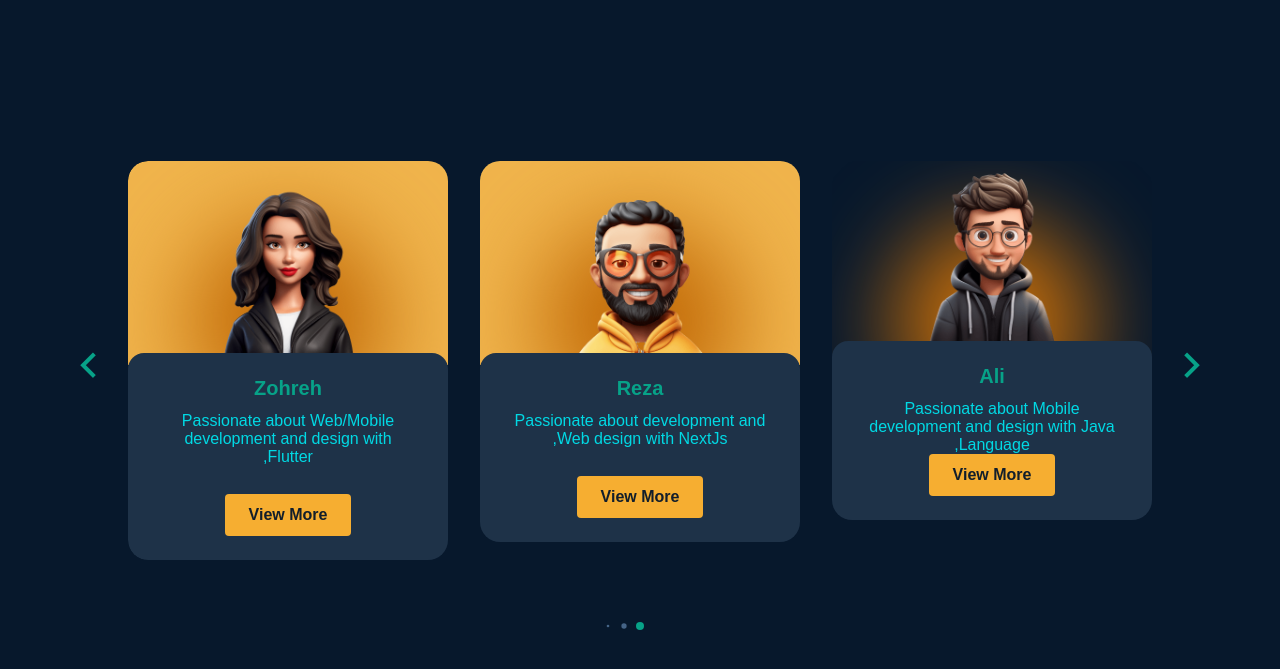
Repository: soroush-g/Card-Slider
Page: index.html
These files come from the project's save history. The page is drawn as it stood at one moment and after the next save; the edit follows.
The browser window is 1280 px wide. The pictures show the whole page.
Some web fonts or font styles are not loaded; a fallback is used.

Above is the page before, as saved 2024-07-22 11:27:26.

### index.html
<!DOCTYPE html>
<html dir="rtl" lang="fa">
<head>
    <meta charset="UTF-8">
    <meta name="viewport" content="width=device-width, initial-scale=1.0">

        <!--=============== REMIXICONS ===============-->
        <link rel="stylesheet" href="https://cdnjs.cloudflare.com/ajax/libs/remixicon/3.5.0/remixicon.css" crossorigin="">

        <!--=============== SWIPER CSS ===============-->
        <link rel="stylesheet" href="assets/css/swiper-bundle.min.css">

        <!--=============== CSS ===============-->
        <link rel="stylesheet" href="assets/css/styles.css">
    <title>Card Slider</title>
</head>
<body>
    <section class="container">
        <div class="card__container swiper">
            <div class="card__content">
                <div class="swiper-wrapper">

                    <article class="card__article swiper-slide">
                        <div class="card_image">
                          <img src="assets/img/avatar-1.png" alt="image" class="card__img">
                          <div class="card__shadow"></div>
                        </div>

                        <div class="card__data">
                            <h3 class="card__name">Ali</h3>
                            <p class="card_description">
                                Passionate about Mobile development and design with Java Language,
                            </p>

                            <a href="#" class="card__button">View More</a>
                        </div>
                    </article>

                    <article class="card__article swiper-slide">
                        <div class="card__image">
                            <img src="assets/img/avatar-2.png" alt="image" class="card__img">
                            <div class="card__shadow"></div>
                        </div>
                        <div class="card__data">
                            <h3 class="card__name">Reza</h3>
                            <p class="card__description">
                               Passionate about development and Web design with NextJs,
                            </p>

                            <a href="#" class="card__button">View More</a>
                         </div>
                    </article>

                    <article class="card__article swiper-slide">
                        <div class="card__image">
                            <img src="assets/img/avatar-3.png" alt="image" class="card__img">
                            <div class="card__shadow"></div>
                        </div>
                        <div class="card__data">
                            <h3 class="card__name">Zohreh</h3>
                            <p class="card__description">
                               Passionate about  Web/Mobile development and design with Flutter,
                            </p>

                            <a href="#" class="card__button">View More</a>
                         </div>
                    </article>

                    <article class="card__article swiper-slide">
                        <div class="card__image">
                            <img src="assets/img/avatar-4.png" alt="image" class="card__img">
                            <div class="card__shadow"></div>
                        </div>
                        <div class="card__data">
                            <h3 class="card__name">Nastaran</h3>
                            <p class="card__description">
                               Passionate about Python Developer,
                            </p>

                            <a href="#" class="card__button">View More</a>
                         </div>
                    </article>

                    <article class="card__article swiper-slide">
                        <div class="card__image">
                            <img src="assets/img/avatar-5.png" alt="image" class="card__img">
                            <div class="card__shadow"></div>
                        </div>
                        <div class="card__data">
                            <h3 class="card__name">Mina</h3>
                            <p class="card__description">
                               Passionate about Scrum Master,
                            </p>

                            <a href="#" class="card__button">View More</a>
                         </div>
                    </article>
                </div>
            </div>

            <!-- Navigation buttons -->
             <div class="swiper-button-next">
                <i class="ri-arrow-right-s-line"></i>
             </div>

             <div class="swiper-button-prev">
                <i class="ri-arrow-left-s-line"></i>
             </div>

            <!-- Pagination -->
            <div class="swiper-pagination"></div>
        </div>
    </section>


      <!--=============== SWIPER JS ===============-->
      <script src="assets/js/swiper-bundle.min.js"></script>

      <!--=============== MAIN JS ===============-->
      <script src="assets/js/main.js"></script>
</body>
</html>

### assets/css/styles.css
/*=============== GOOGLE FONTS ===============*/
@import url("https://fonts.googleapis.com/css2?family=Bai+Jamjuree:wght@400;500;600&display=swap");

/*=============== VARIABLES CSS ===============*/
:root {
  /*========== Colors ==========*/
  /*Color mode HSL(hue, saturation, lightness)*/
  --first-color: hsl(38, 92%, 58%);
  --first-color-light: hsl(38, 85%, 62%);
  --first-color-alt: hsl(32, 91%, 40%);
  --second-color: hsl(170, 92%, 33%);
  --dark-color: hsl(212, 40%, 12%);
  --white-color: hsl(183, 99%, 45%);
  --body-color: hsl(212, 73%, 10%);
  --container-color: hsl(212, 42%, 20%);

  /*========== Font and typography ==========*/
  /*.5rem = 8px | 1rem = 16px ...*/
  --body-font: "Bai Jamjuree", sans-serif;
  --h2-font-size: 1.25rem;
  --normal-font-size: 1rem;
}

/*=============== BASE ===============*/
* {
  box-sizing: border-box;
  padding: 0;
  margin: 0;
}

body {
  font-family: var(--body-font);
  font-size: var(--normal-font-size);
  background-color: var(--body-color);
  color: var(--white-color);
}

a {
  text-decoration: none;
}

img {
  display: block;
  max-width: 100%;
  height: auto;
}

/*=============== CARD ===============*/
.container {
  display: flex;
  justify-content: center;
  align-items: center;
  height: 100vh;
}

.card__container {
  padding-block: 5rem;
}

.card__content {
  margin-inline: 1.75rem;
  border-radius: 1.25rem;
  overflow: hidden;
}

.card__article {
  width: 300px; /* Remove after adding swiper js */
  border-radius: 1.25rem;
  overflow: hidden;
}

.card__image {
  position: relative;
  background-color: var(--first-color-light);
  padding-top: 1.5rem;
  margin-bottom: -.75rem;
}

.card__data {
  background-color: var(--container-color);
  padding: 1.5rem 2rem;
  border-radius: 1rem;
  text-align: center;
  position: relative;
  z-index: 10;
}

.card__img {
  width: 180px;
  margin: 0 auto;
  position: relative;
  z-index: 5;
}

.card__shadow {
  width: 200px;
  height: 200px;
  background-color: var(--first-color-alt);
  border-radius: 50%;
  position: absolute;
  top: 3.75rem;
  left: 0;
  right: 0;
  margin-inline: auto;
  filter: blur(45px);
}

.card__name {
  font-size: var(--h2-font-size);
  color: var(--second-color);
  margin-bottom: .75rem;
}

.card__description {
  font-weight: 500;
  margin-bottom: 1.75rem;
}

.card__button {
  display: inline-block;
  background-color: var(--first-color);
  padding: .75rem 1.5rem;
  border-radius: .25rem;
  color: var(--dark-color);
  font-weight: 600;
}

/* Swiper class */
.swiper-button-prev:after,
.swiper-button-next:after {
  content: "";
}

.swiper-button-prev,
.swiper-button-next {
  width: initial;
  height: initial;
  font-size: 3rem;
  color: var(--second-color);
  display: none;
}

.swiper-button-prev {
  left: 0;
}

.swiper-button-next {
  right: 0;
}

.swiper-pagination-bullet {
  background-color: hsl(212, 32%, 40%);
  opacity: 1;
}

.swiper-pagination-bullet-active {
  background-color: var(--second-color);
}

/*=============== BREAKPOINTS ===============*/
/* For small devices */
@media screen and (max-width: 320px) {
  .card__data {
    padding: 1rem;
  }
}

/* For medium devices */
@media screen and (min-width: 768px) {
  .card__content {
    margin-inline: 3rem;
  }

  .swiper-button-next,
  .swiper-button-prev {
    display: block;
  }
}

/* For large devices */
@media screen and (min-width: 1120px) {
  .card__container {
    max-width: 1120px;
  }

  .swiper-button-prev {
    left: -1rem;
  }
  .swiper-button-next {
    right: -1rem;
  }
}

Loaded but not shown: assets/css/swiper-bundle.min.css (library); assets/js/swiper-bundle.min.js (library); assets/js/main.js (common file)

After the next save:
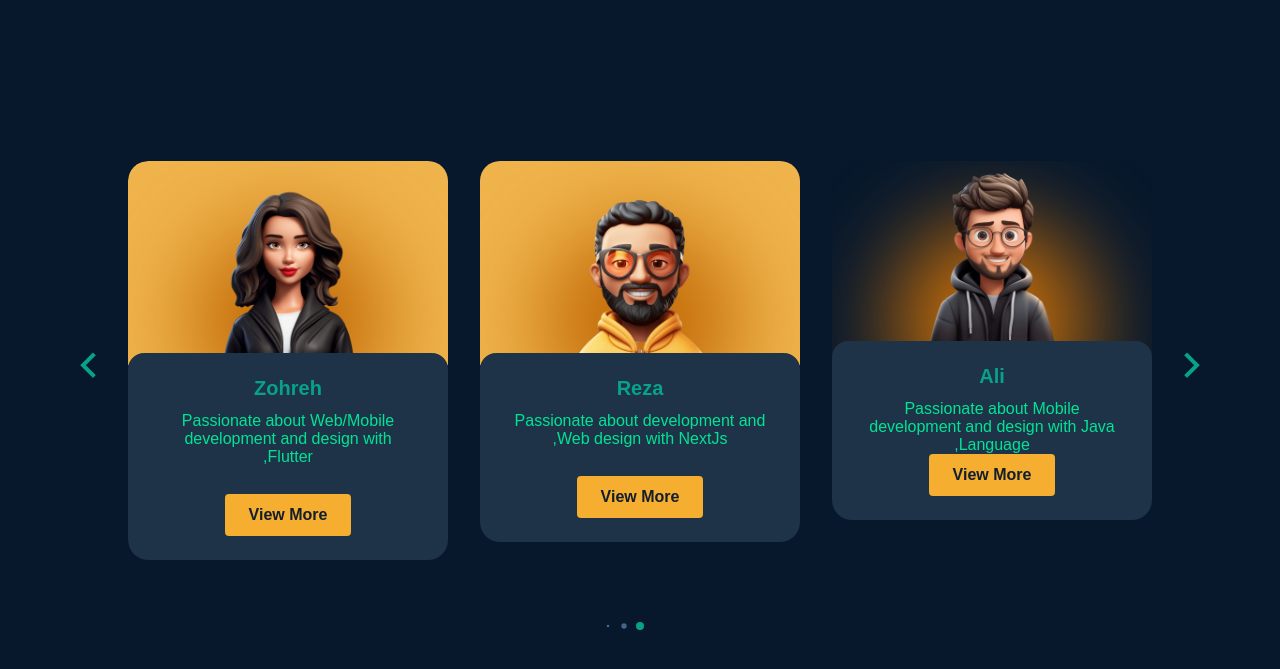
Saved 13 s later.
--- a/assets/css/styles.css
+++ b/assets/css/styles.css
@@ -10,7 +10,7 @@
   --first-color-alt: hsl(32, 91%, 40%);
   --second-color: hsl(170, 92%, 33%);
   --dark-color: hsl(212, 40%, 12%);
-  --white-color: hsl(183, 99%, 45%);
+  --white-color: hsl(159, 99%, 45%);
   --body-color: hsl(212, 73%, 10%);
   --container-color: hsl(212, 42%, 20%);
 
